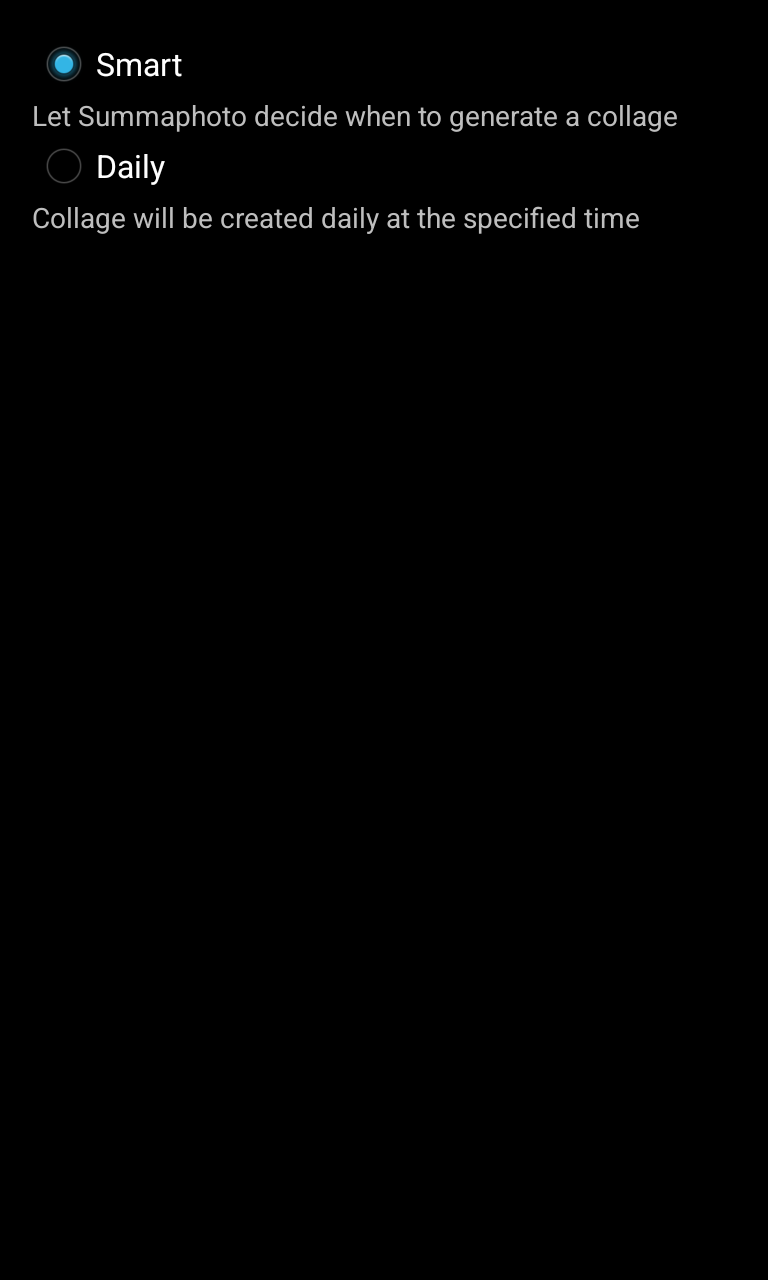
Repository: ulugbekjs/SummaPhoto
Layout: Workshop/res/layout/activity_settings.xml
The author's editor kept a copy of each file at every save. The layout is drawn from the files as they stood at one save, then again after the next save.
It is drawn on a 768 x 1280 px phone screen (xhdpi) without system bars, with theme SummaPhotoTheme; the app's code is not run.

Above is the layout before, as saved 2013-08-12 12:10:08.

### Workshop/res/layout/activity_settings.xml
<RelativeLayout xmlns:android="http://schemas.android.com/apk/res/android"
    xmlns:tools="http://schemas.android.com/tools"
    android:layout_width="match_parent"
    android:layout_height="match_parent"
    android:paddingBottom="@dimen/activity_vertical_margin"
    android:paddingLeft="@dimen/activity_horizontal_margin"
    android:paddingRight="@dimen/activity_horizontal_margin"
    android:paddingTop="@dimen/activity_vertical_margin"
    tools:context=".SettingsActivity" >

   <LinearLayout
    android:layout_width="fill_parent"
    android:layout_height="fill_parent"
    android:orientation="vertical" >

    <RadioGroup
        android:id="@+id/radioMode"
        android:layout_width="wrap_content"
        android:layout_height="wrap_content" >

        <RadioButton
            android:id="@+id/radioSmart"
            android:layout_width="wrap_content"
            android:layout_height="wrap_content"
            android:checked="true"
            android:text="@string/Smart" />

        <TextView android:text="@string/SmartDescription" />

        <RadioButton
            android:id="@+id/radioDaily"
            android:layout_width="wrap_content"
            android:layout_height="wrap_content"
            android:text="@string/Daily" />

        <TextView android:text="@string/DailyDescription" />
    </RadioGroup>
    </LinearLayout>

</RelativeLayout>

### Workshop/res/values-v11/themes.xml
<?xml version="1.0" encoding="utf-8"?>
<resources>
     <style name="SummaPhotoTheme" parent="@android:style/Theme.Holo">
        <!-- Any customizations for your app running on 3.0+ devices here -->
    </style>
</resources>

### Workshop/res/values-v14/themes.xml
<?xml version="1.0" encoding="utf-8"?>
<resources>
    <style name="SummaPhotoTheme" parent="@android:style/Theme.Holo.NoActionBar.Fullscreen">
        <!-- Any customizations for your app running on 4.0+ devices here -->
    </style>
</resources>

### Workshop/res/values/themes.xml
<?xml version="1.0" encoding="utf-8"?>
<resources>
     <style name="SummaPhotoTheme" parent="@android:style/Theme.Dark.NoTitleBar">
        <!-- Any customizations for your app running on pre-3.0 devices here -->
    </style>
</resources>

### Workshop/res/values/strings.xml
<?xml version="1.0" encoding="utf-8"?>
<resources>

    <string name="app_name">Aworkshop</string>
    <string name="action_settings">Settings</string>
    <string name="hello_world">Hello world!</string>
    <string name="title_activity_settings">SettingsActivity</string>
    <string name="Smart">Smart</string>
    <string name="Daily">Daily</string>
    <string name="SmartDescription">Let Summaphoto decide when to generate a collage</string>
    <string name="DailyDescription">Collage will be created daily at the specified time</string>
    <string name="Mode">Mode</string>

</resources>

Loaded but not shown: Workshop/res/values/dimens.xml (common file)

After the next save:
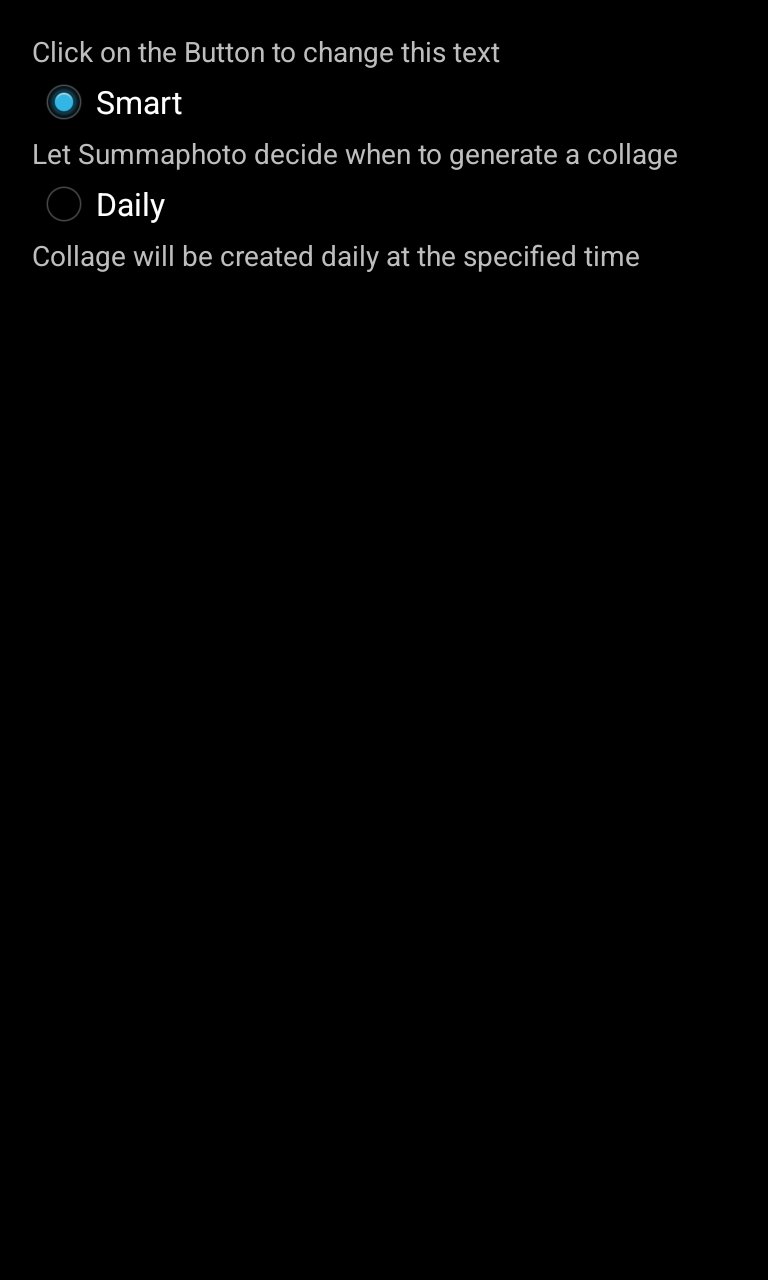
Saved 37 min 1 s later.
--- a/Workshop/res/layout/activity_settings.xml
+++ b/Workshop/res/layout/activity_settings.xml
@@ -8,33 +8,39 @@
     android:paddingTop="@dimen/activity_vertical_margin"
     tools:context=".SettingsActivity" >
 
-   <LinearLayout
-    android:layout_width="fill_parent"
-    android:layout_height="fill_parent"
-    android:orientation="vertical" >
+    <LinearLayout
+        android:layout_width="fill_parent"
+        android:layout_height="fill_parent"
+        android:orientation="vertical" >
 
-    <RadioGroup
-        android:id="@+id/radioMode"
-        android:layout_width="wrap_content"
-        android:layout_height="wrap_content" >
+        <TextView
+            android:id="@+id/tv"
+            android:layout_width="fill_parent"
+            android:layout_height="wrap_content"
+            android:text="Click on the Button to change this text" />
 
-        <RadioButton
-            android:id="@+id/radioSmart"
+        <RadioGroup
+            android:id="@+id/radioMode"
             android:layout_width="wrap_content"
-            android:layout_height="wrap_content"
-            android:checked="true"
-            android:text="@string/Smart" />
+            android:layout_height="wrap_content" >
 
-        <TextView android:text="@string/SmartDescription" />
+            <RadioButton
+                android:id="@+id/radioSmart"
+                android:layout_width="wrap_content"
+                android:layout_height="wrap_content"
+                android:checked="true"
+                android:text="@string/Smart" />
 
-        <RadioButton
-            android:id="@+id/radioDaily"
-            android:layout_width="wrap_content"
-            android:layout_height="wrap_content"
-            android:text="@string/Daily" />
+            <TextView android:text="@string/SmartDescription" />
 
-        <TextView android:text="@string/DailyDescription" />
-    </RadioGroup>
+            <RadioButton
+                android:id="@+id/radioDaily"
+                android:layout_width="wrap_content"
+                android:layout_height="wrap_content"
+                android:text="@string/Daily" />
+
+            <TextView android:text="@string/DailyDescription" />
+        </RadioGroup>
     </LinearLayout>
 
 </RelativeLayout>
